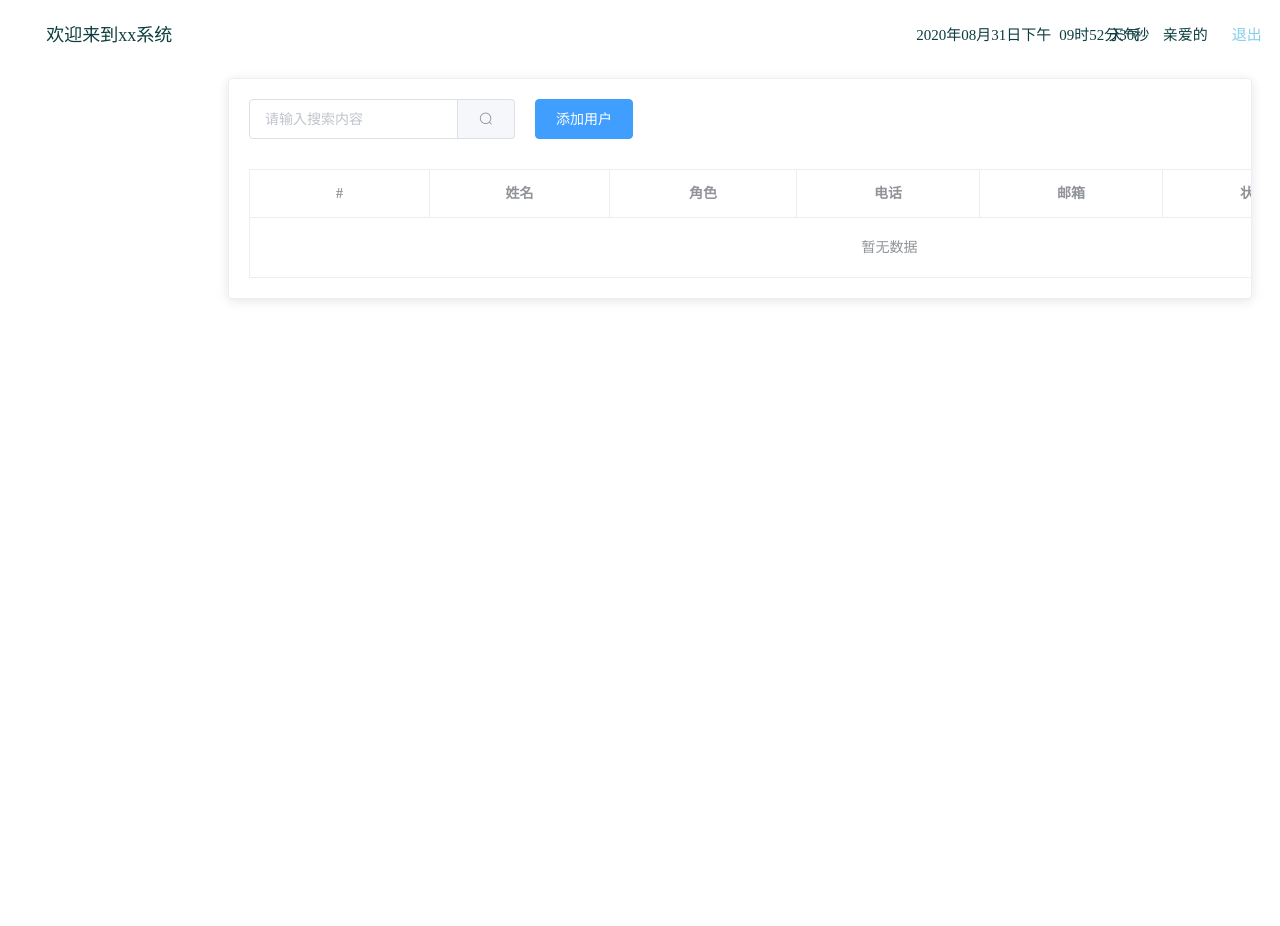
Repository: 2510699771/background-system
Page: /users/users
The author's editor kept a copy of each file at every save. The page is drawn from the files as they stood at one save, then again after a run of saves.
The browser window is 1280 px wide. The pictures show the whole page.
The page's requests for data from a server got no answer. The project was rebuilt for these pictures with package versions that can differ from the ones it lists, and the page was loaded fresh each time. No one was signed in, and anything a server would have sent is missing. Also part of the build but not shown: vue.config.js, src/views/Home.vue.

Above is the page before, as saved 2020-08-31 21:56:03.

After the next 2 saves:
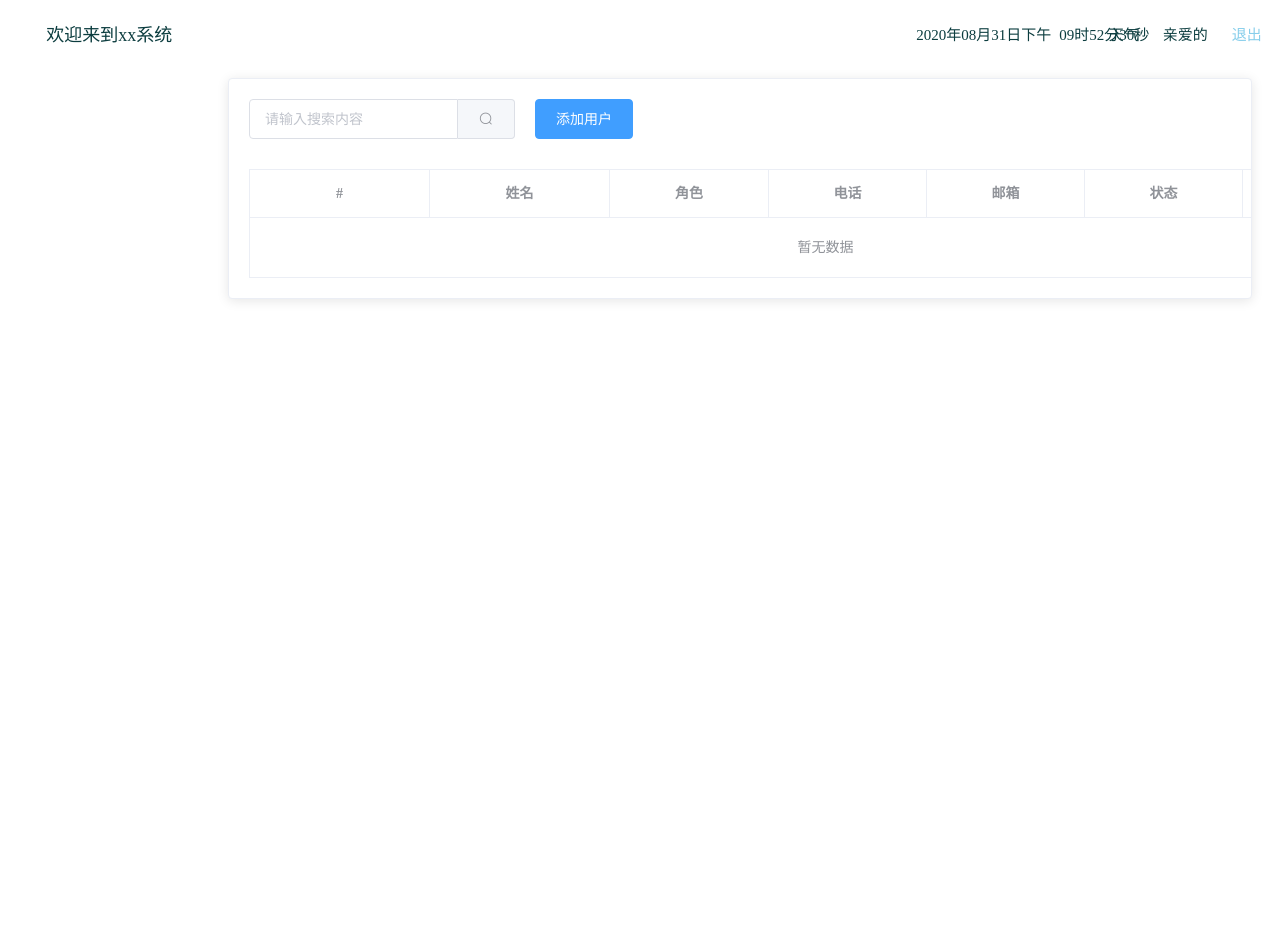
The 2 saves are shown as one change because they came seconds apart.
The last was saved 7 s later.
--- a/src/views/UserList/UserList.vue
+++ b/src/views/UserList/UserList.vue
@@ -7,7 +7,7 @@
         </el-input>
         <el-button type="primary" style="margin-left:20px">添加用户</el-button>
       </div>
-      <div style="width:100vw;margin-top:30px">
+      <div style="width:90vw;margin-top:30px">
         <el-table :data="userslist" border style="width: 100%" stripe>
           <el-table-column prop="date" label="#" width="180" type="index" align="center"></el-table-column>
           <el-table-column prop="username" label="姓名" width="180" align="center"></el-table-column>
